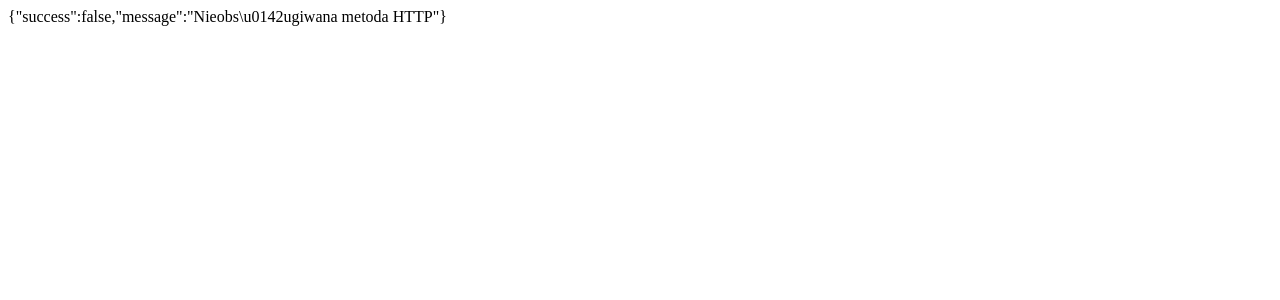
Repository: DaveCala/AplikacjaMeble
Page: http://localhost/admin/update_user.php
These files come from the project's save history. The page is drawn as it stood at one moment and after the next save; the edit follows.
The browser window is 1280 px wide. The pictures show the whole page.
The page is run by PHP 8.4 with error messages shown; the project is at /var/www/html/.

Above is the page before, as saved 2024-11-28 15:11:02.

### admin/update_user.php
<?php
require_once '../db.php'; // Plik połączenia z bazą danych

// Obsługujemy żądania POST
if ($_SERVER['REQUEST_METHOD'] === 'POST') {
    // Pobieramy dane z żądania JSON
    $data = json_decode(file_get_contents('php://input'), true);

    // Sprawdzamy, czy dane są kompletne
    if (isset($data['id'], $data['username'], $data['password'], $data['role'])) {
        $id = intval($data['id']);
        $username = trim($data['username']);
        $password = trim($data['password']);
        $role = trim($data['role']);

        try {
            // Aktualizacja danych użytkownika w bazie
            $stmt = $pdo->prepare("UPDATE users SET username = :username, password = :password, role = :role WHERE id = :id");
            $stmt->execute([
                ':id' => $id,
                ':username' => $username,
                ':password' => $password,
                ':role' => $role,
            ]);

            echo json_encode(['success' => true]);
        } catch (PDOException $e) {
            echo json_encode(['success' => false, 'message' => 'Błąd bazy danych: ' . $e->getMessage()]);
        }
    } else {
        echo json_encode(['success' => false, 'message' => 'Niekompletne dane wejściowe']);
    }
} else {
    echo json_encode(['success' => false, 'message' => 'Nieobsługiwana metoda HTTP']);
}
?>

### db.php
<?php
$host = 'localhost';
$db = 'app_test';
$user = 'root';
$pass = '';

try {
    $pdo = new PDO("mysql:host=$host;dbname=$db;charset=utf8", $user, $pass);
    $pdo->setAttribute(PDO::ATTR_ERRMODE, PDO::ERRMODE_EXCEPTION);
} catch (PDOException $e) {
    die("Błąd połączenia z bazą danych: " . $e->getMessage());
}
?>

After the next save:
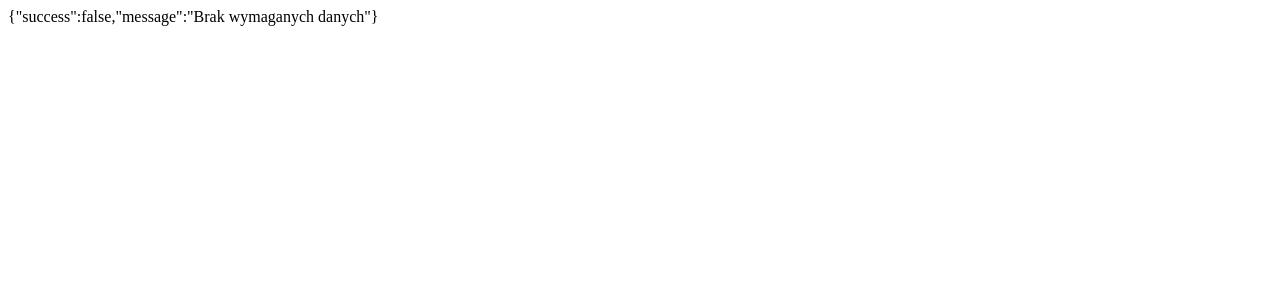
Saved 99 s later.
--- a/admin/update_user.php
+++ b/admin/update_user.php
@@ -1,36 +1,46 @@
 <?php
-require_once '../db.php'; // Plik połączenia z bazą danych
+require_once '../db.php'; // Połączenie z bazą danych
 
-// Obsługujemy żądania POST
-if ($_SERVER['REQUEST_METHOD'] === 'POST') {
-    // Pobieramy dane z żądania JSON
-    $data = json_decode(file_get_contents('php://input'), true);
+// Odczytaj dane z żądania JSON
+$data = json_decode(file_get_contents('php://input'), true);
 
-    // Sprawdzamy, czy dane są kompletne
-    if (isset($data['id'], $data['username'], $data['password'], $data['role'])) {
-        $id = intval($data['id']);
-        $username = trim($data['username']);
-        $password = trim($data['password']);
-        $role = trim($data['role']);
+if (!isset($data['id'], $data['username'], $data['password'], $data['role'])) {
+    echo json_encode(['success' => false, 'message' => 'Brak wymaganych danych']);
+    exit;
+}
 
-        try {
-            // Aktualizacja danych użytkownika w bazie
-            $stmt = $pdo->prepare("UPDATE users SET username = :username, password = :password, role = :role WHERE id = :id");
-            $stmt->execute([
-                ':id' => $id,
-                ':username' => $username,
-                ':password' => $password,
-                ':role' => $role,
-            ]);
+$id = $data['id'];
+$username = trim($data['username']);
+$password = trim($data['password']);
+$role = trim($data['role']);
 
-            echo json_encode(['success' => true]);
-        } catch (PDOException $e) {
-            echo json_encode(['success' => false, 'message' => 'Błąd bazy danych: ' . $e->getMessage()]);
-        }
-    } else {
-        echo json_encode(['success' => false, 'message' => 'Niekompletne dane wejściowe']);
-    }
+// Hashowanie hasła tylko wtedy, gdy zostało zmienione
+$stmt = $pdo->prepare("SELECT password FROM users WHERE id = :id");
+$stmt->execute([':id' => $id]);
+$currentUser = $stmt->fetch(PDO::FETCH_ASSOC);
+
+if (!$currentUser) {
+    echo json_encode(['success' => false, 'message' => 'Użytkownik nie istnieje']);
+    exit;
+}
+
+$hashedPassword = $currentUser['password'];
+if ($password !== $hashedPassword) {
+    $hashedPassword = password_hash($password, PASSWORD_DEFAULT);
+}
+
+// Aktualizacja użytkownika w bazie danych
+$stmt = $pdo->prepare("UPDATE users SET username = :username, password = :password, role = :role WHERE id = :id");
+$success = $stmt->execute([
+    ':username' => $username,
+    ':password' => $hashedPassword,
+    ':role' => $role,
+    ':id' => $id,
+]);
+
+if ($success) {
+    echo json_encode(['success' => true]);
 } else {
-    echo json_encode(['success' => false, 'message' => 'Nieobsługiwana metoda HTTP']);
+    echo json_encode(['success' => false, 'message' => 'Nie udało się zaktualizować użytkownika']);
 }
 ?>
